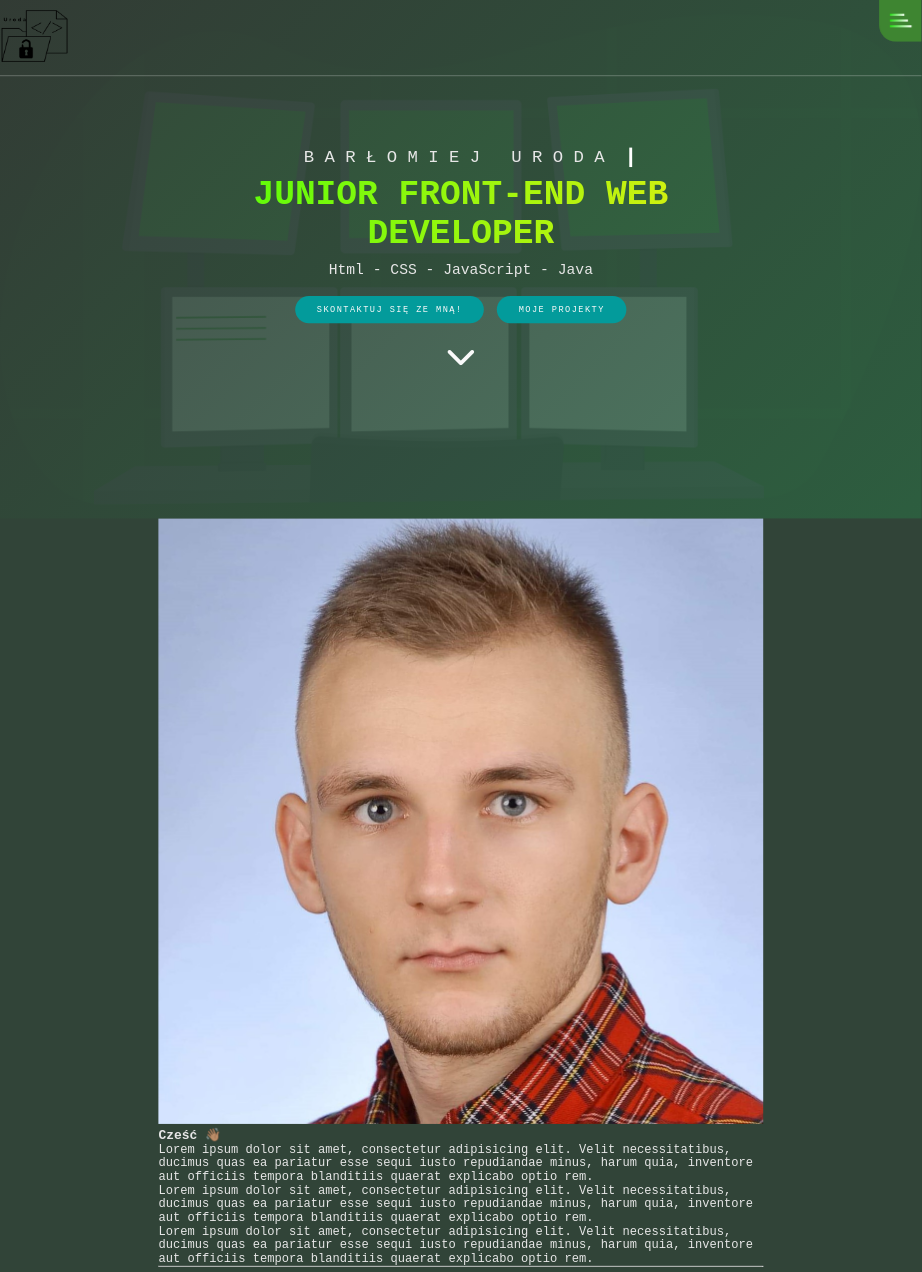
Repository: BartekUroda/portfolio
Page: index.html
These files come from the project's save history. The page is drawn as it stood at one moment and after the next save; the edit follows.
The browser window is 1280 px wide. The pictures show the whole page, at 72% of full size.
Some web fonts or font styles are not loaded; a fallback is used. Some web libraries are served in a nearby version.

Above is the page before, as saved 2020-10-27 19:38:11.

### index.html
<!DOCTYPE html>
<html lang="en">
<head>
    <meta charset="UTF-8">
    <meta name="viewport" content="width=device-width, initial-scale=1.0">
    <title>Portfolio | Bartek Uroda</title>
    <link rel="stylesheet" type="text/css" href="css/style.css">
    <link href="https://fonts.googleapis.com/css2?family=Poppins&sfamily=Share+Tech+Mono&display=swap" rel="stylesheet">
    <script src="https://kit.fontawesome.com/056e5c10dc.js" crossorigin="anonymous"></script>
    <link rel="shortcut icon" type="image/x-icon" href="images/favicon.ico" />
</head>
<body>
    <header>
        <div class="container">
            <nav>
                <div class="nav-brand">
                    <a href="index.html">
                        <img src="images/logo.png" alt="Uroda">
                    </a>
                </div>
                <div class="burger-menu-icon">
                    <div class="line1"></div>
                    <div class="line2"></div>
                    <div class="line3"></div>
                </div>
                <ul class="nav-list">
                    <li class="nav-item">
                      <a href="#landing-page">
                        <img
                          src="images/profile.jpeg"
                          alt="Bartek Uroda"
                          class="profile-pic nav-link"
                        >
                        <span class="caption nav-link">Bartek Uroda</span>
                      </a>
                    </li>
                    <li class="nav-item">
                      <a href="#about" class="nav-link">O mnie</a>
                    </li>
                    <li class="nav-item">
                      <a href="#services" class="nav-link">Usługi</a>
                    </li>
                    <li class="nav-item">
                      <a href="#projects" class="nav-link">Projekty</a>
                    </li>
                    <li class="nav-item">
                      <a href="#contact" class="nav-link">Kontakt</a>
                    </li>
                    <li class="nav-item">
                      <a href="https://www.facebook.com/bartlomiej.uroda.3" target="_blank" class="nav-link">
                        <i class="fab fa-facebook"></i>
                      </a>
                      <a href="https://github.com/Urodii" target="_blank" class="nav-link">
                        <i class="fab fa-github"></i>
                      </a>
                      <a href="https://www.youtube.com/channel/UCzT1h5RNvmbtrmKT5hPjyAg?view_as=subscriber" target="_blank" class="nav-link">
                        <i class="fab fa-youtube"></i>
                      </a>
                    </li>
                  </ul>
            </nav>
        </div>
    </header>
    <main>
      <section id="landing-page" class="landing-page">
        <div class="container">
          <div class="main-message">
            <h2>Barłomiej Uroda</h2>
            <h3>Junior Front-End Web Developer</h3>
            <p>Html - CSS - JavaScript - Java</p>
            <div class="intro-btn">
              <div class="cta">
                <a href="#contact" class="btn">Skontaktuj się ze mną!</a>
              </div>
              <div class="cta">
                <a href="#projects" class="btn">Moje Projekty</a>
              </div>
            </div>
            <div>
              <a href="#about" class="scroll-down">
                <i class="fa fa-chevron-down" aria-hidden="true"></i>
              </a>
            </div>
          </div>
        </div>
      </section>
      <section id="about" class="about">
        <div class="container">
          <div class="about-img">
            <img
              src="images/profile.jpeg"
              alt="Bartek Uroda"
              class="about-pic"
            />
          </div>
          <div class="about-text-box">
            <h2>Cześć 👋🏽</h2>
            <p>
              Lorem ipsum dolor sit amet, consectetur adipisicing elit. Velit
              necessitatibus, ducimus quas ea pariatur esse sequi iusto
              repudiandae minus, harum quia, inventore aut officiis tempora
              blanditiis quaerat explicabo optio rem.
            </p>
            <p>
              Lorem ipsum dolor sit amet, consectetur adipisicing elit. Velit
              necessitatibus, ducimus quas ea pariatur esse sequi iusto
              repudiandae minus, harum quia, inventore aut officiis tempora
              blanditiis quaerat explicabo optio rem.
            </p>
            <p>
              Lorem ipsum dolor sit amet, consectetur adipisicing elit. Velit
              necessitatibus, ducimus quas ea pariatur esse sequi iusto
              repudiandae minus, harum quia, inventore aut officiis tempora
              blanditiis quaerat explicabo optio rem.
            </p>
          </div>
        </div>
        <hr/>
      </section>
    </main>
 <script type="text/javascript" src="js/main.js"></script>
</body>
</html>

### css/style.css
/* ----------GLOBAL STYLES---------- */
*,
*::before,
*::after {
  margin: 0;
  padding: 0;
  box-sizing: inherit;
}
html {
    font-family: "Share Tech Mono", monospace;
    font-size: 12px;
    box-sizing: border-box;
    scroll-behavior: smooth;
    color: #e7e7e7;
    background: rgb(49, 68, 56);
}

a {
    text-decoration: none;
    color: rgb(3, 155, 23);
}

a:hover {
    color: rgba(249, 105, 14, 1);
}

ul {
    list-style: none;
}

p {
    font-size: 1.4rem;
}

img {
    width: 100%;
    max-width: 100%;
    height: auto;
}
/* ----------HEADER---------- */
header {
    width: 100%;
    height: 5rem;
    position: absolute;
    top: 0;
    left: 0;
    z-index: 1;
}
.contenier {
    width: 100%;
    max-width: 90rem;
    margin: 0 auto;
    padding: 0 1.5rem;
}
.nav-brand {
    width: 8rem;
}
nav {
    width: 100%;
    display: flex;
    align-items: center;
    justify-content: space-between;
    padding: 1rem 0;
    border-bottom: 2px solid rgba(255, 255, 255, .2);
}
.line1 {
    width: 20px;
    height: 3px;
    margin: 5px 0;
    background: linear-gradient(
      135deg,
      rgb(27, 218, 10) 0%,
      rgb(255, 255, 255) 100%
    );
}
.line2 {
    width: 25px;
    height: 3px;
    background: linear-gradient(
      135deg,
      rgb(27, 218, 10) 0%,
      rgb(255, 255, 255) 100%
    );
}
.line3 {
    width: 30px;
    height: 3px;
    margin: 5px 0;
    background: linear-gradient(
      135deg,
      rgb(27, 218, 10) 0%,
      rgb(255, 255, 255) 100%
    );
}
.burger-menu-icon {
    cursor: pointer;
    z-index: 999;
    position: fixed;
    right: 0;
    top: 0;
    background-color: rgba(67, 145, 47, 0.815);
    padding: 1.2rem;
    border-radius: 0% 0% 0% 40%;
}
.profile-pic {
    height: 9rem;
    width: auto;
    border-radius: 50%;
    display: block;
    margin: 1.5rem 0;
}
.caption {
    display: block;
}
.nav-list {
    width: 24rem;
    height: 100vh;
    background-color:  rgb(69, 85, 75);
    position: fixed;
    top: 0;
    right: -26rem;
    display: flex;
    flex-direction: column;
    align-items: center;
    justify-self: start;
    z-index: 998;
    transition: all 650ms ease-in-out;
}
.nav-list.active {
    right: 0;
}
.nav-item {
    margin: 1.2rem 0;
}
.nav-link {
    opacity: 0;
    font-size: 1.3rem;
    text-transform: uppercase;
    color: #cecece;
    letter-spacing: 1.5px;
}
.nav-link:hover {
    color: rgb(62, 248, 15);
}
.toggle {
    background: none;
}
.toggle .line1 {
    transform: rotate(-45deg) translate(-5px, 6px) scalex(2);
}
.toggle .line2 {
    opacity: 0;
}
.toggle .line3 {
    width: 20px;
    transform: rotate(45deg) translate(-5px, -6px) scalex(2);
    margin-left: 0px;
}
@keyframes navLinkAnimate {
    from{
        opacity: 0;
        transform: translate(50px);
    }
    to{
        opacity: 1;
        transform: translate(0px);
    }
}
/* ----------MAIN---------- */
.landing-page{
    width: 100%;
    height: 100vh;
    background: linear-gradient(
        135deg,
        rgba(50, 58, 52, 0.9) 0%,
        rgba(44, 100, 65, 0.8) 100%
    ),
    url('../images/mainpage.png') center no-repeat;
    background-size: contain;
    position: relative;
}
.main-message {
    width: 100%;
    max-width: 58rem;
    text-transform: uppercase;
    position: absolute;
    left: 50%;
    top: 50%;
    transform: translate(-50%, -50%);
    text-align: center;
}
.main-message h2 {
    letter-spacing: 1.2rem;
    font-size: 2rem;
    font-weight: 400;
    overflow: hidden;
    white-space: nowrap;
    animation: typing 5s steps(33), blink 1s ease-in-out 7s infinite;
    width: 33ch;
    margin: auto;
    border-right: 4px solid rgba(255, 255, 255, 1);
}
@keyframes typing {
    75% {
      width: 0ch;
      color: rgb(178, 249, 14);
    }
    100% {
      width: 33ch;
    }
}
@keyframes blink {
    0% {
      border-right: 4px solid rgba(255, 255, 255, 0);
    }
    100% {
      border-right: 4px solid rgb(194, 194, 194);
    }
}
.main-message h3 {
    font-size: 4rem;
    margin: 1rem 0;
    color: rgba(249, 105, 14, 1);
    background: linear-gradient(
      to right,
      rgb(87, 253, 9) 0%,
      rgb(217, 240, 17) 100%
    );
    -webkit-background-clip: text;
    -webkit-text-fill-color: transparent;
}
.main-message p {
    text-transform: none;
    font-size: 1.7rem;
    font-weight: 400;
}
.intro-btn {
    display: flex;
    justify-content: center;
}
.btn {
    margin: 0 9px;
    background: rgba(3, 155, 155);
    border-radius: 2rem;
    color: #fafafa;
    padding: 1rem 2.5rem;
    display: inline-block;
    margin-top: 2rem;
    transition: background-color 650ms;
    font-weight: 500;
    letter-spacing: 2px;
}
.btn:hover {
    color: #fafafa;
    background-color: rgb(176, 189, 0);
}
.scroll-down i {
    color: #fafafa;
    transition: color 650ms;
    margin-top: 2rem;
    font-size: 3.5rem;
}
.scroll-down i:hover {
    color: rgb(176, 189, 0);
}
/* ----------ABOUT--------- */
.about {
    width: 100%;
    min-height: 100vh;
    max-width: 70rem;
    margin: auto;
}

### js/main.js
//eselect elements
const selectElement = (s) => document.querySelector(s);
const navLinks = document.querySelectorAll(".nav-link");

selectElement(".burger-menu-icon").addEventListener("click", () => {
    selectElement(".nav-list").classList.toggle("active");
    selectElement(".burger-menu-icon").classList.toggle("toggle")

    navLinks.forEach((link, index) => {
        if (link.style.animation){
            link.style.animation = ""
        }else{
            link.style.animation = `navLinkAnimate 0.5s ease forwards ${ index/7 + 0.5}s`
            console.log(index/7 + 0.5)
        }
    })
});

After the next save:
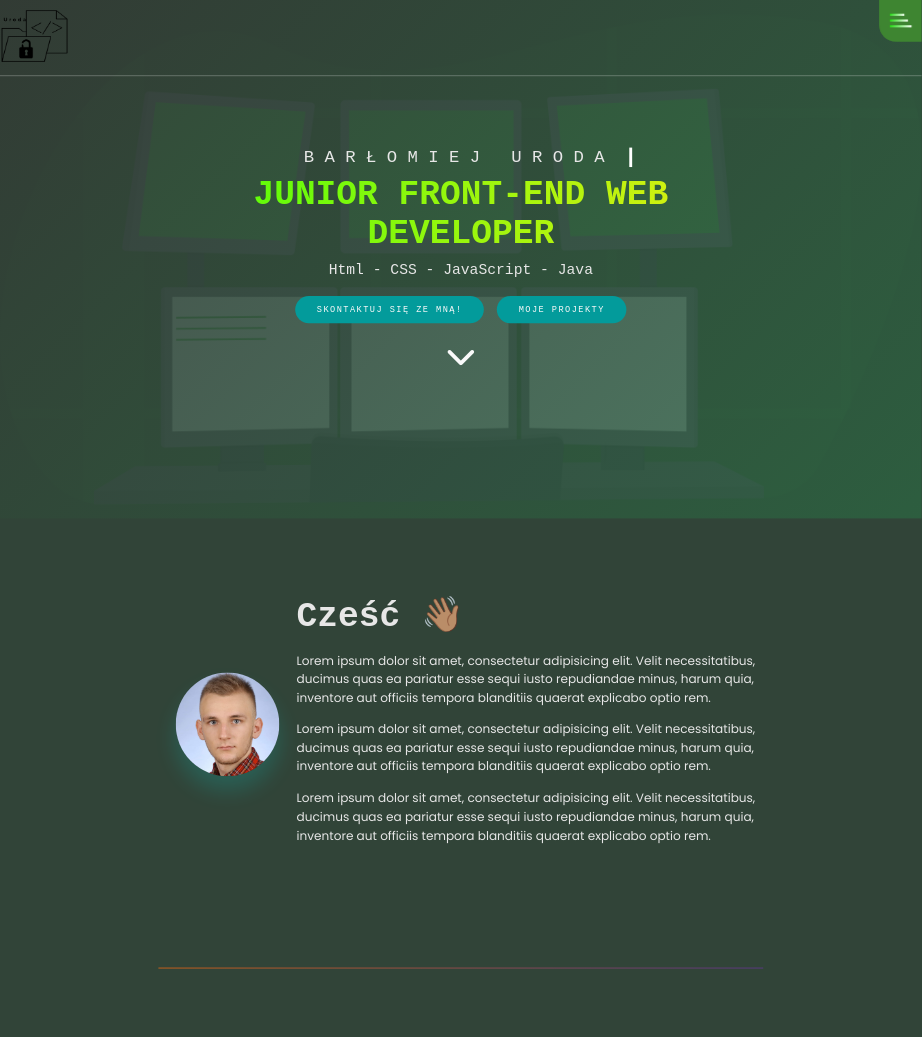
Saved 60 s later.
--- a/css/style.css
+++ b/css/style.css
@@ -270,3 +270,42 @@ nav {
     max-width: 70rem;
     margin: auto;
 }
+.about .container {
+    display: flex;
+    align-items: center;
+    min-height: 80vh;
+  }
+
+  .about-img img {
+    height: 12rem;
+    width: auto;
+    border-radius: 50%;
+    margin: 2rem;
+    box-shadow: 0 20px 30px 0 rgba(0, 255, 255, 0.15);
+  }
+
+.about-text-box {
+    flex-grow: 1;
+    flex-shrink: 1;
+    flex-basis: 0;
+}
+  .about-text-box h2 {
+    font-size: 4rem;
+    margin-bottom: 20px;
+}
+.about-text-box p {
+    font-family: "Poppins", sans-serif;
+    font-size: 1.4rem;
+    padding: 0;
+    margin-bottom: 1.45rem;
+}
+hr {
+    margin: 4rem 0;
+    background: linear-gradient(
+      to right,
+      rgba(249, 105, 14, 1) 0%,
+      rgba(102, 51, 153, 1) 100%
+    );
+    border: 0;
+    height: 1px;
+}
